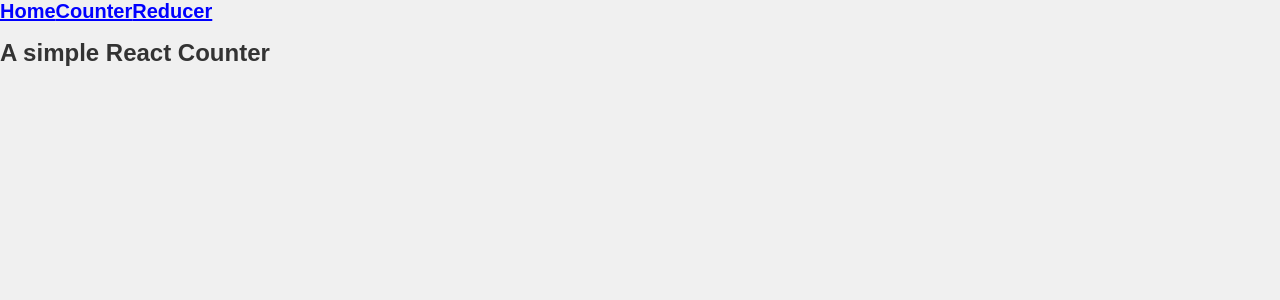
Repository: qudos4real/altschool-second-sem
Page: /
The author's editor kept a copy of each file at every save. The page is drawn from the files as they stood at one save, then again after a run of saves.
The browser window is 1280 px wide. The pictures show the whole page.
The project was rebuilt for these pictures with package versions that can differ from the ones it lists, and the page was loaded fresh each time. Also part of the build but not shown: src/hooks/useCounter.js, src/Components/Counter.js, src/App.css, src/hooks/reducer.1.js, src/Components/Reducer.js, src/Components/NotFound.js, src/Components/ErrorBoundary.js.

Above is the page before, as saved 2022-11-04 17:31:22.

After the next 2 saves:
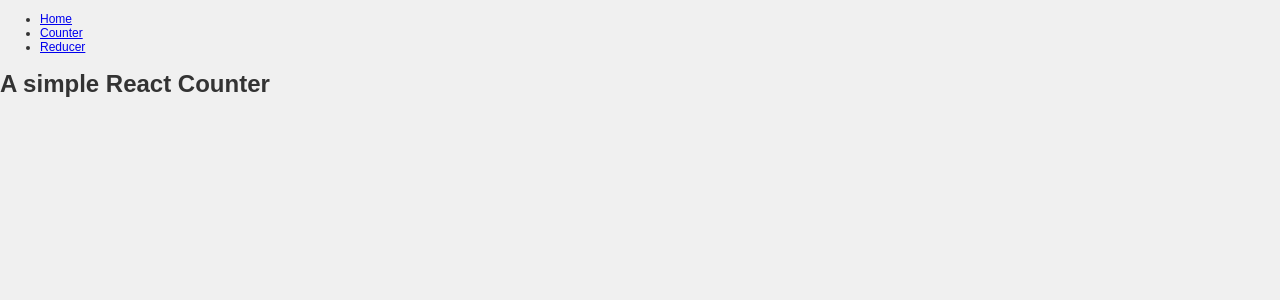
The 2 saves are shown as one change because 1 did not build or start.
The last was saved 3 min 16 s later.
--- a/src/App.js
+++ b/src/App.js
@@ -31,9 +31,27 @@ function App() {
     <ErrorBoundary >
     <Router>
       <nav>
-        <NavLink to="/" className={(isActive) => isActive? "Active": "NotActive"}>Home</NavLink>
+        <ul>
+          <li>
+            <NavLink to="/" end activeClassName="active">
+              Home
+            </NavLink>
+          </li>
+          <li>
+            <NavLink to="counter" activeClassName="active">
+              Counter
+            </NavLink>
+          </li>
+          <li>
+            <NavLink to="reducer" activeClassName="active">
+              Reducer
+            </NavLink>
+          </li>
+        </ul>
+
+        {/* <NavLink to="/" className={(isActive) => isActive? "Active": "NotActive"}>Home</NavLink>
         <NavLink to="/counter" className={(isActive) => isActive? "Active": "NotActive"}>Counter</NavLink>
-        <NavLink to="/reducer" className={(isActive) => isActive? "Active": "NotActive"}>Reducer</NavLink>
+        <NavLink to="/reducer" className={(isActive) => isActive? "Active": "NotActive"}>Reducer</NavLink> */}
       </nav>
       <Routes>
         <Route path="/" element={<Home />} />
